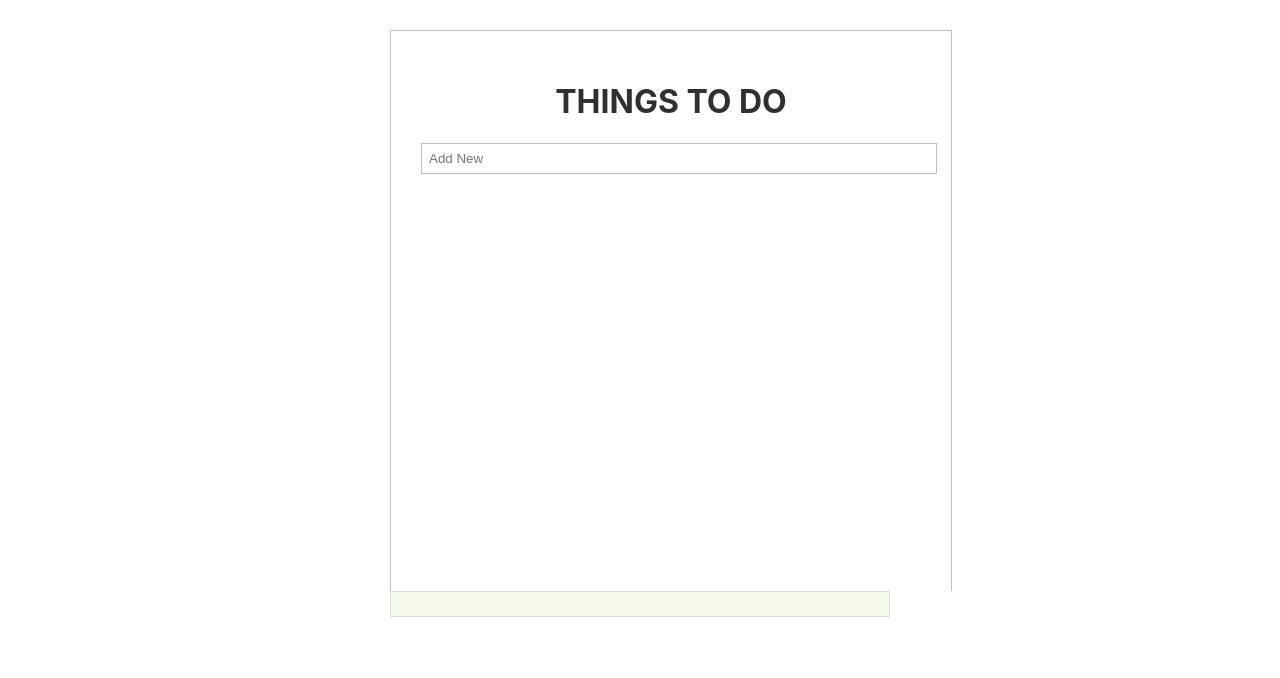
Repository: kirangautam45/To-Do-Application
Page: /
These files come from the project's save history. The page is drawn as it stood at one moment and after the next save; the edit follows.
The browser window is 1280 px wide. The pictures show the whole page.
The project was rebuilt for these pictures with package versions that can differ from the ones it lists, and the page was loaded fresh each time.

Above is the page before, as saved 2022-08-11 12:05:11.

After the next save:
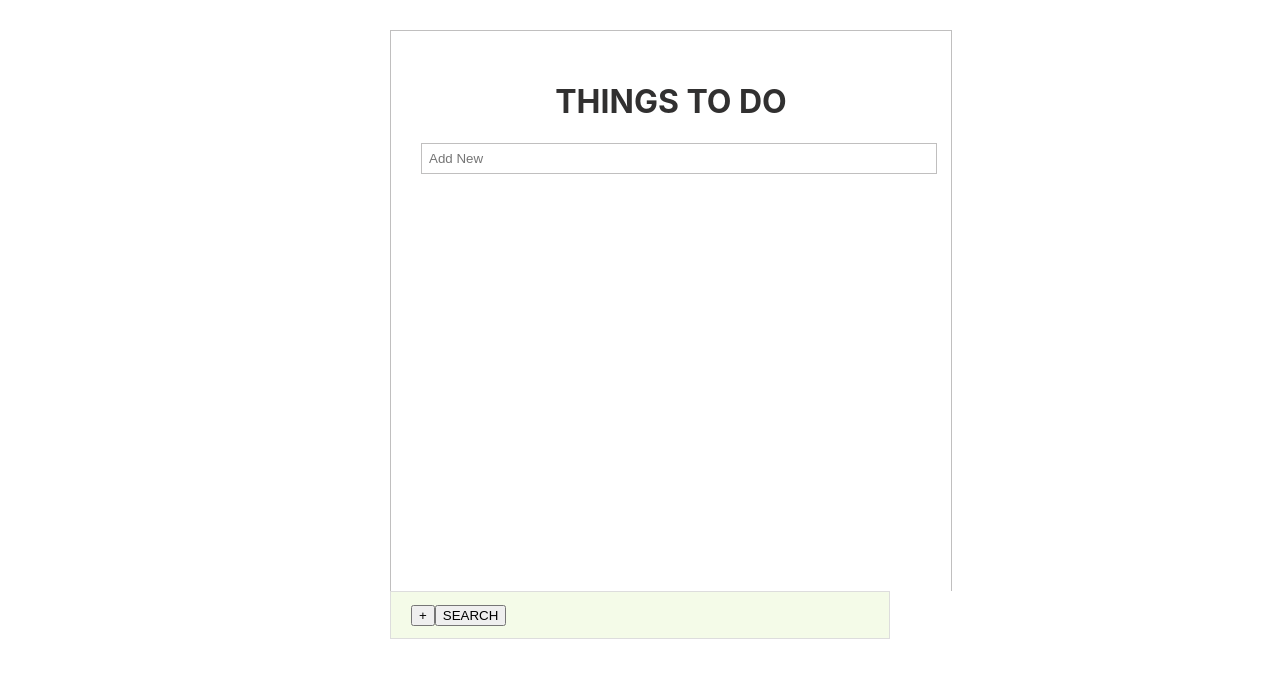
Saved 4 s later.
--- a/src/App.js
+++ b/src/App.js
@@ -9,7 +9,8 @@ function App() {
         </div>
         <div className='Wrapper_Icon_group'>
           <div  className='Icon_group'>
-
+          <button className=''>+</button>
+          <button>SEARCH</button>
           </div>
 
         </div>
